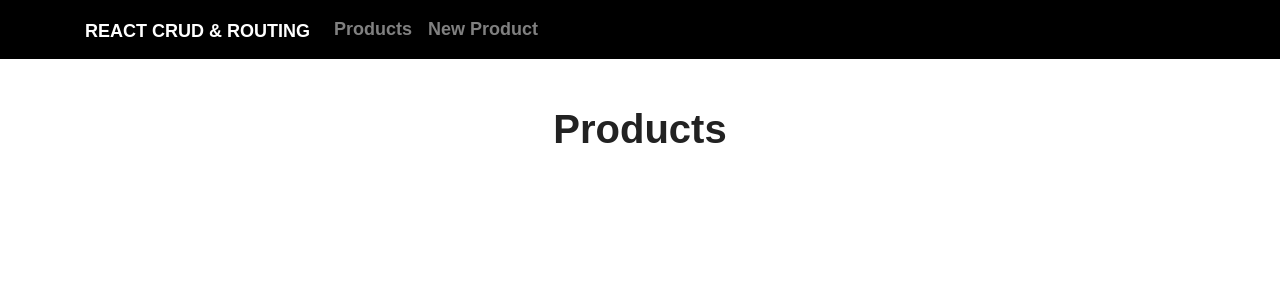
Repository: ppfeliuu/routercrudreact
Page: /products
An editor plug-in stored every save of this project. The page is shown before and after the next save, followed by the edit.
The browser window is 1280 px wide. The pictures show the whole page.
Some web fonts or font styles are not loaded; a fallback is used. The project was rebuilt for these pictures with package versions that can differ from the ones it lists, and the page was loaded fresh each time. Requests to the local data server were answered from the project's data file. Also part of the build but not shown: src/components/Producto.js, src/components/EditarProducto.js, src/components/AgregarProducto.js.

Above is the page before, as saved 2019-06-26 10:43:59.

After the next save:
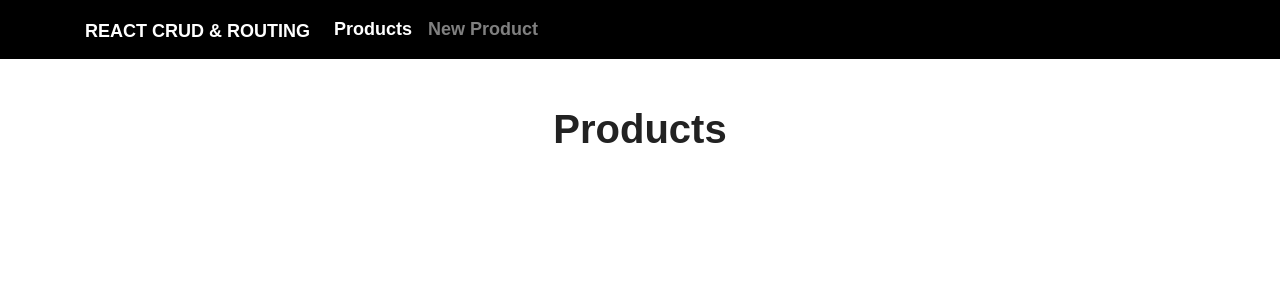
Saved 3 min 24 s later.
--- a/src/components/Header.js
+++ b/src/components/Header.js
@@ -10,7 +10,7 @@ const Header = () => (
 
             <ul className="navbar-nav mr-auto">
                 <li className="nav-item">
-                    <NavLink to="/p" className="nav-link" activeClassName="active">Products</NavLink>
+                    <NavLink to="/products" className="nav-link" activeClassName="active">Products</NavLink>
                 </li>
                 <li className="nav-item">
                     <NavLink to="/new" className="nav-link" activeClassName="active">New Product</NavLink>
